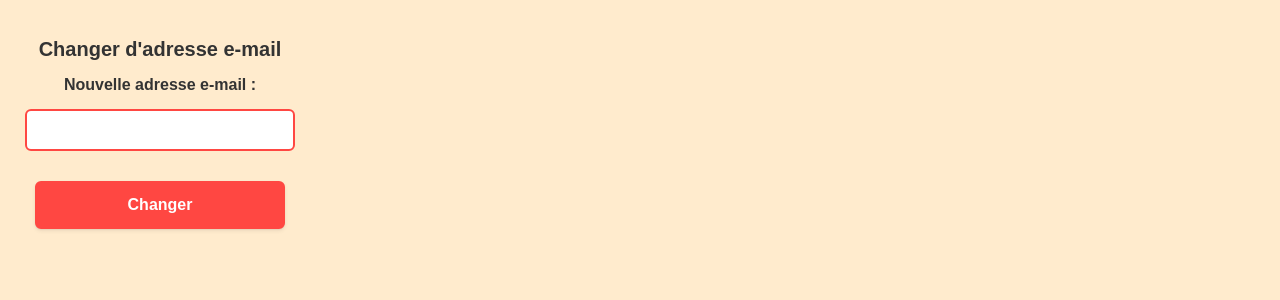
Repository: LeroyM084/Mushroom_Password
Page: ChromeExtension/templates/changeMail.html
An editor plug-in stored every save of this project. The page is shown before and after the next save, followed by the edit.
The browser window is 1280 px wide. The pictures show the whole page.

Above is the page before, as saved 2025-02-19 12:53:28.

After the next save:
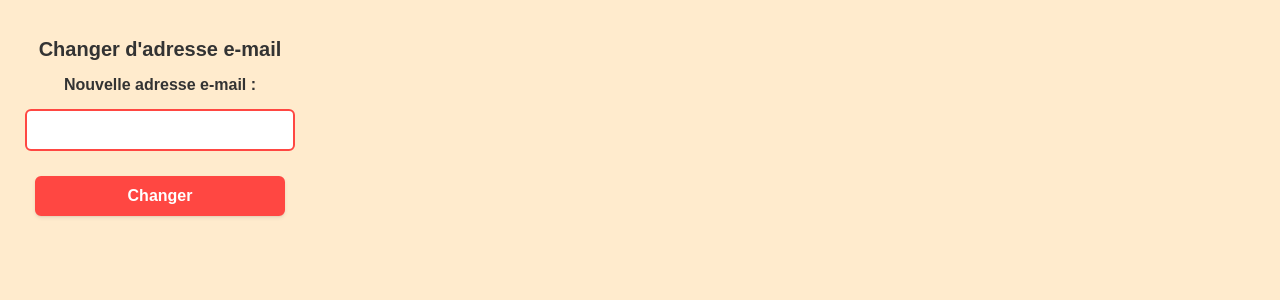
Saved 4 s later.
--- a/ChromeExtension/style/changeMail.css
+++ b/ChromeExtension/style/changeMail.css
@@ -69,8 +69,8 @@ button {
     box-shadow: rgba(0,0,0,0.07) 0px 2px 4px 0px, rgba(0,0,0,0.05) 0px 1px 1.5px 0px;
     font-weight: 700;
     font-size: 16px;
-    height: 48px;
-    margin-top: 15px;
+    height: 40px;
+    margin-top: 10px;
     transition: background-color .3s, color .3s;
 }
 
